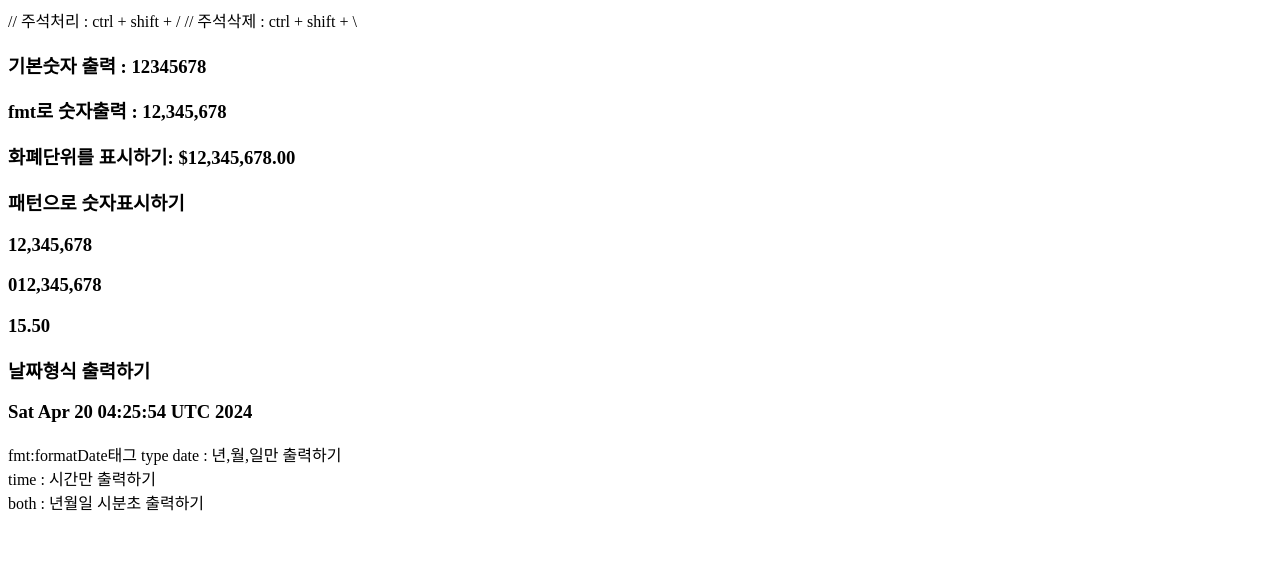
Repository: yongmin0309/mybatis1
Page: http://localhost/eL_JSTL/views/jstl/formattag.jsp
The author's editor kept a copy of each file at every save. The page is drawn from the files as they stood at one save, then again after the next save.
The browser window is 1280 px wide. The pictures show the whole page.
The page is served by Tomcat 9.

Above is the page before, as saved 2024-04-20 08:18:22.

After the next save:
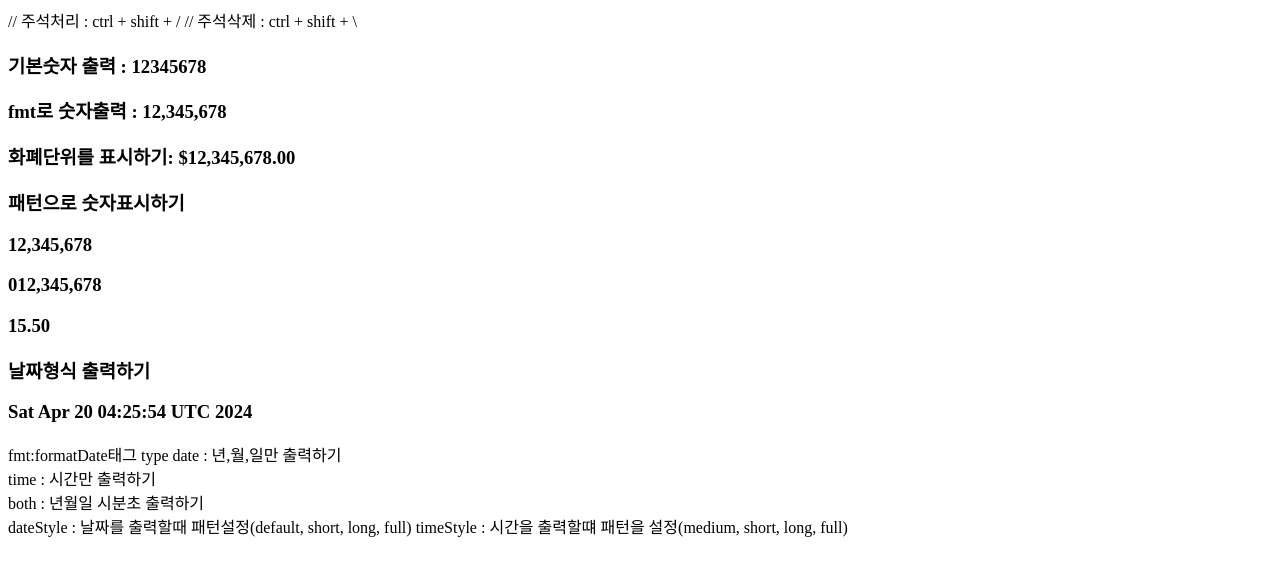
Saved 88 s later.
--- a/work/eL_JSTL/src/main/webapp/views/jstl/formattag.jsp
+++ b/work/eL_JSTL/src/main/webapp/views/jstl/formattag.jsp
@@ -36,6 +36,8 @@
 				date : 년,월,일만 출력하기 <br>
 				time : 시간만 출력하기 <br>
 				both : 년월일 시분초 출력하기 <br>
+			dateStyle : 날짜를 출력할때 패턴설정(default, short, long, full)
+			timeStyle : 시간을 출력할떄 패턴을 설정(medium, short, long, full)
 	</p>
 
 
